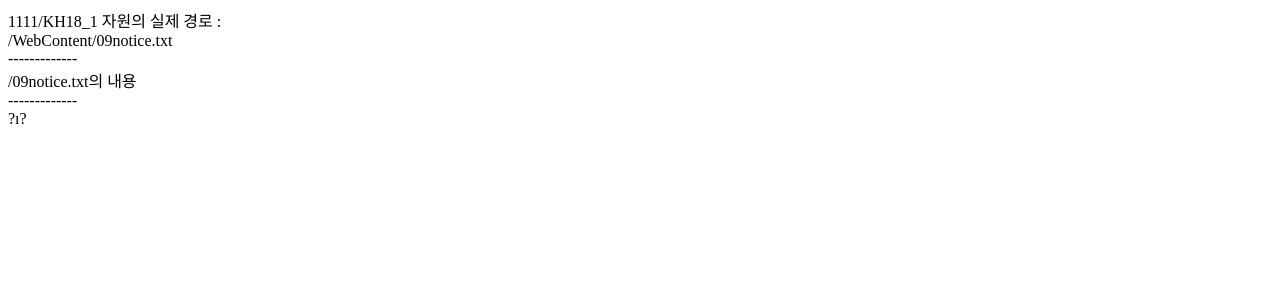
Repository: eParkjongtaek/lovedisket
Page: http://localhost/KH18_1/0906/0906_2/10readResourceUsingApplication.jsp
The author's editor kept a copy of each file at every save. The page is drawn from the files as they stood at one save, then again after a run of saves.
The browser window is 1280 px wide. The pictures show the whole page.
The page is served by Tomcat 9. Other server files are loaded and not shown.

Above is the page before, as saved 2017-09-06 03:27:20.

### source/KH18_1/WebContent/0906/0906_2/10readResourceUsingApplication.jsp
<%@ page contentType="text/html; charset=euc-kr" %>
<%@ page import = "java.io.*" %>
<html>
	<head><title>application 기본 객체 사용하여 자원 읽기</title></head>
	<body>
	<%
		String resourcePath = "/09notice.txt";
	%>
	1111<%=request.getContextPath()%>
	자원의 실제 경로 : <br>
	<%=application.getRealPath(resourcePath) %>
	<br>
	-------------<br>
	<%=resourcePath %>의 내용<br>
	-------------<br>
	<%
		BufferedReader br = null;
		char[] buff = new char[512];
		int len = -1;

		try
		{
			br = new BufferedReader(
					new InputStreamReader(
						application.getResourceAsStream(resourcePath) ));
			while( (len = br.read(buff)) != -1 )
			{
				out.print(new String(buff, 0, len));
			}
		}
		catch(IOException ex)
		{
			out.println("예외 발생 : "+ex.getMessage());
		}
		finally
		{
			if(br != null) try { br.close(); } catch(IOException ex) { }
		}
	%>
	</body>
</html>

### source/KH18_1/WebContent/09notice.txt
식군

After the next 2 saves:
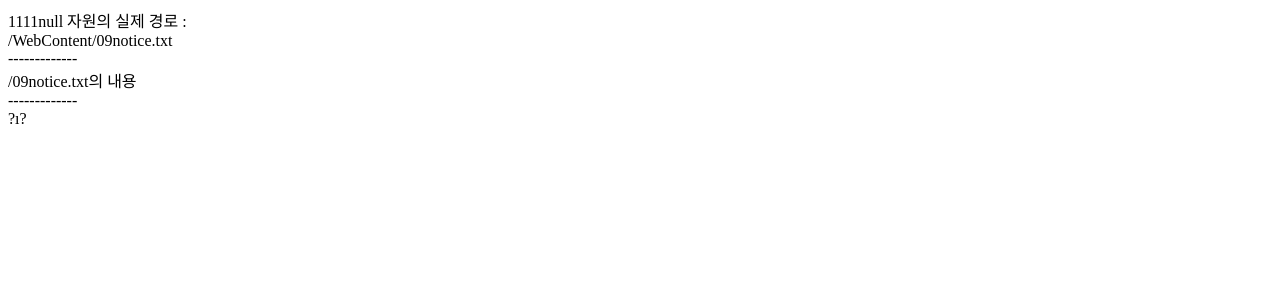
The 2 saves are shown as one change because they came seconds apart.
The last was saved 48 s later.
--- a/source/KH18_1/WebContent/0906/0906_2/10readResourceUsingApplication.jsp
+++ b/source/KH18_1/WebContent/0906/0906_2/10readResourceUsingApplication.jsp
@@ -6,7 +6,7 @@
 	<%
 		String resourcePath = "/09notice.txt";
 	%>
-	1111<%=request.getContextPath()%>
+	1111<%=request.getHeader("referer")%>
 	자원의 실제 경로 : <br>
 	<%=application.getRealPath(resourcePath) %>
 	<br>
